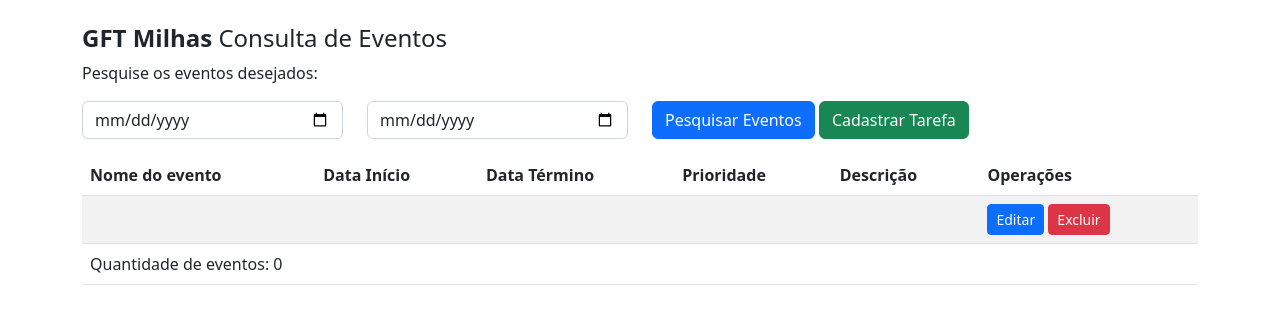
Repository: thamaraamaral/desafio_mvc1
Page: http://localhost/gft-milhas/WEB-INF/views/eventos-consulta.jsp
These files come from the project's save history. The page is drawn as it stood at one moment and after the next save; the edit follows.
The browser window is 1280 px wide. The pictures show the whole page.
The page is served by Tomcat 9. Nobody is signed in. Other server files are loaded and not shown. The template is opened directly, without the code that normally fills it, so the values that code supplies are empty.

Above is the page before, as saved 2022-10-28 17:58:12.

### gft-milhas/src/main/webapp/WEB-INF/views/eventos-consulta.jsp
<%@ page language="java" contentType="text/html; charset=ISO-8859-1"
	pageEncoding="UTF-8"%>
<!DOCTYPE html>
<html>
<head>
<meta charset="UTF-8">
<title>Consulta de Eventos</title>
<!-- CSS only -->
<link
	href="https://cdn.jsdelivr.net/npm/bootstrap@5.2.2/dist/css/bootstrap.min.css"
	rel="stylesheet"
	integrity="sha384-Zenh87qX5JnK2Jl0vWa8Ck2rdkQ2Bzep5IDxbcnCeuOxjzrPF/et3URy9Bv1WTRi"
	crossorigin="anonymous">

</head>
<body>

	<!-- Menu do sistema -->

	<div class="container mt-4">

		<div class="row mb-3">
			<div class="col-md-6">
				<h4>
					<strong>GFT Milhas</strong> Consulta de Eventos
				</h4>
				Pesquise os eventos desejados:
			</div>
			<div class="col-md-6 text-end">
				<div class="mt-2">
					<strong>${mensagem}</strong>
				</div>
			</div>
		</div>

		<form class="mb-3">

			<div class="row">
				<div class="col-md-3">
					<input type="date" class="form-control" />
				</div>
				<div class="col-md-3">
					<input type="date" class="form-control" />
				</div>
				<div class="col-md-6">

					<input type="submit" class="btn btn-primary"
						value="Pesquisar Eventos" /> <a href="/gft-milhas/eventos-cadastro"
						class="btn btn-success"> Cadastrar Tarefa </a>
				</div>
			</div>

		</form>

		<table class="table table-hover table-striped">
			<thead>
				<tr>
					<th>Nome do evento</th>
					<th>Data Início</th>
					<th>Data Término</th>
					<th>Prioridade</th>
					<th>Descrição</th>
					<th>Operações</th>
				</tr>
			</thead>
			<tbody>
				<tr>
					<td></td>
					<td></td>
					<td></td>
					<td></td>
					<td></td>
					<td><a href="/gft-milhas/eventos-edicao"
						class="btn btn-primary btn-sm"> Editar </a> <a href="#"
						class="btn btn-danger btn-sm"> Excluir </a></td>
				</tr>
			</tbody>
			<tfoot>
				<tr>
					<td colspan="6">Quantidade de eventos: 0</td>
				</tr>
			</tfoot>
		</table>

	</div>

	<!-- JS do bootstrap -->
	<script
		src="https://cdn.jsdelivr.net/npm/bootstrap@5.1.3/dist/js/bootstrap.bundle.min.js"></script>

</body>
</html>

After the next save:
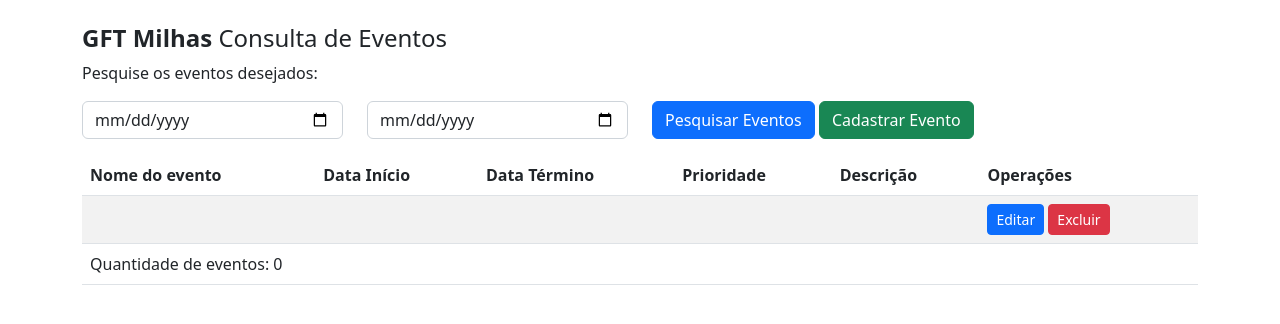
Saved 7 s later.
--- a/gft-milhas/src/main/webapp/WEB-INF/views/eventos-consulta.jsp
+++ b/gft-milhas/src/main/webapp/WEB-INF/views/eventos-consulta.jsp
@@ -46,7 +46,7 @@
 
 					<input type="submit" class="btn btn-primary"
 						value="Pesquisar Eventos" /> <a href="/gft-milhas/eventos-cadastro"
-						class="btn btn-success"> Cadastrar Tarefa </a>
+						class="btn btn-success"> Cadastrar Evento </a>
 				</div>
 			</div>
 
